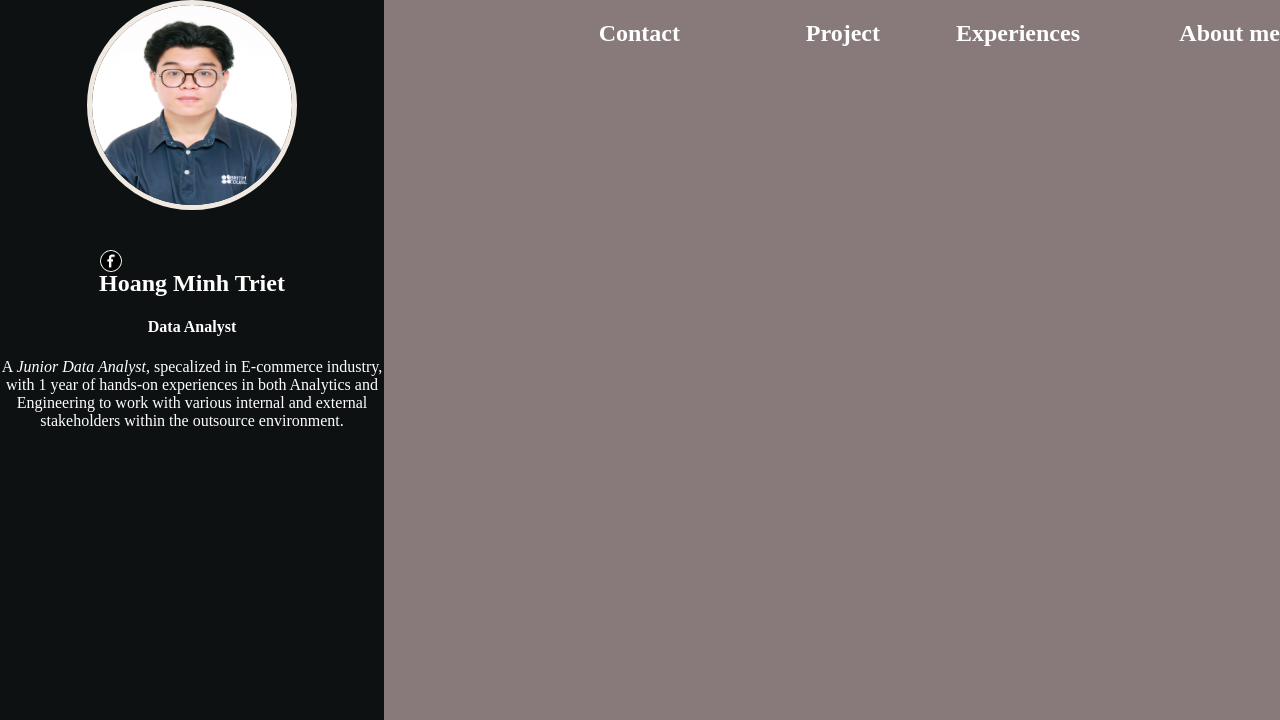
Repository: MinnTrit/personal_website
Page: http://localhost/
These files come from the project's save history. The page is drawn as it stood at one moment and after the next save; the edit follows.
The browser window is 1280 px wide. The pictures show the whole page.
The page is served by the project's application, run on Flask 3 (app.py).

Above is the page before, as saved 2025-01-28 23:30:51.

After the next save:
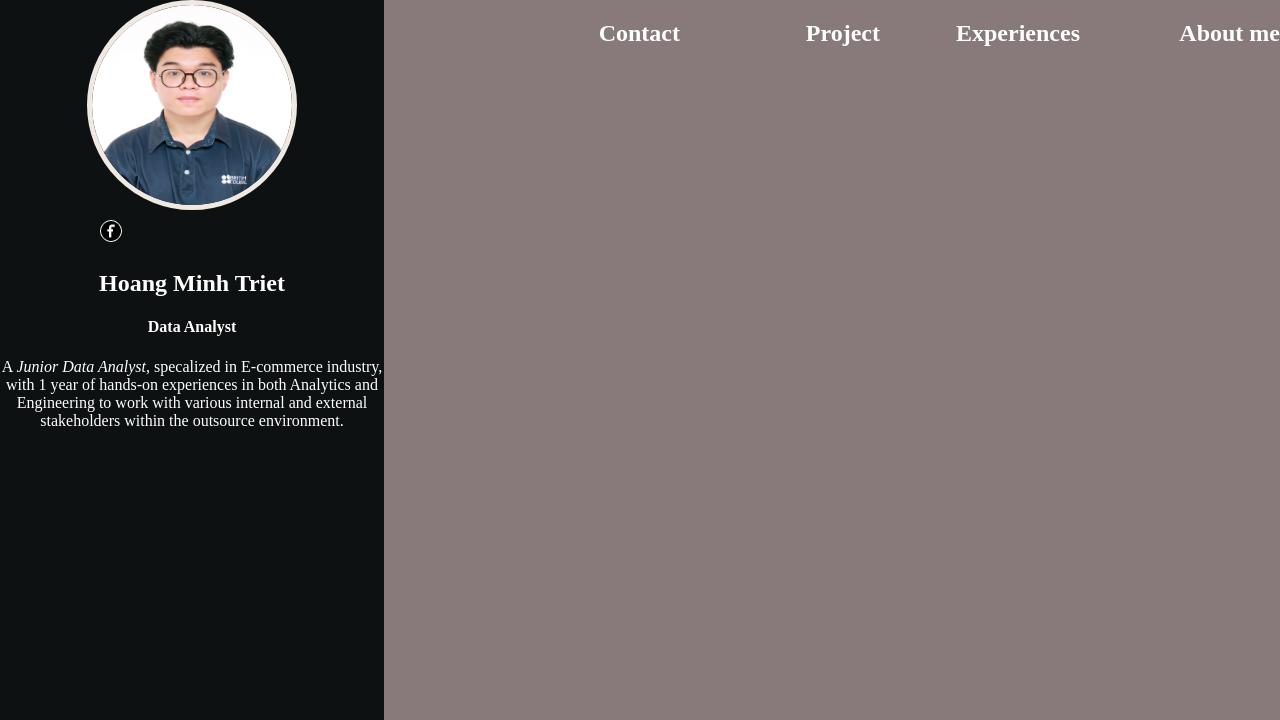
Saved 8 s later.
--- a/static/css/styles.css
+++ b/static/css/styles.css
@@ -66,7 +66,7 @@ html, body {
     border-radius: 60%;
     width: 20px;
     height: 20px;
-    top: 250px;
+    top: 220px;
     left: 100px;
     border: 1px solid;
     border-color: white;
